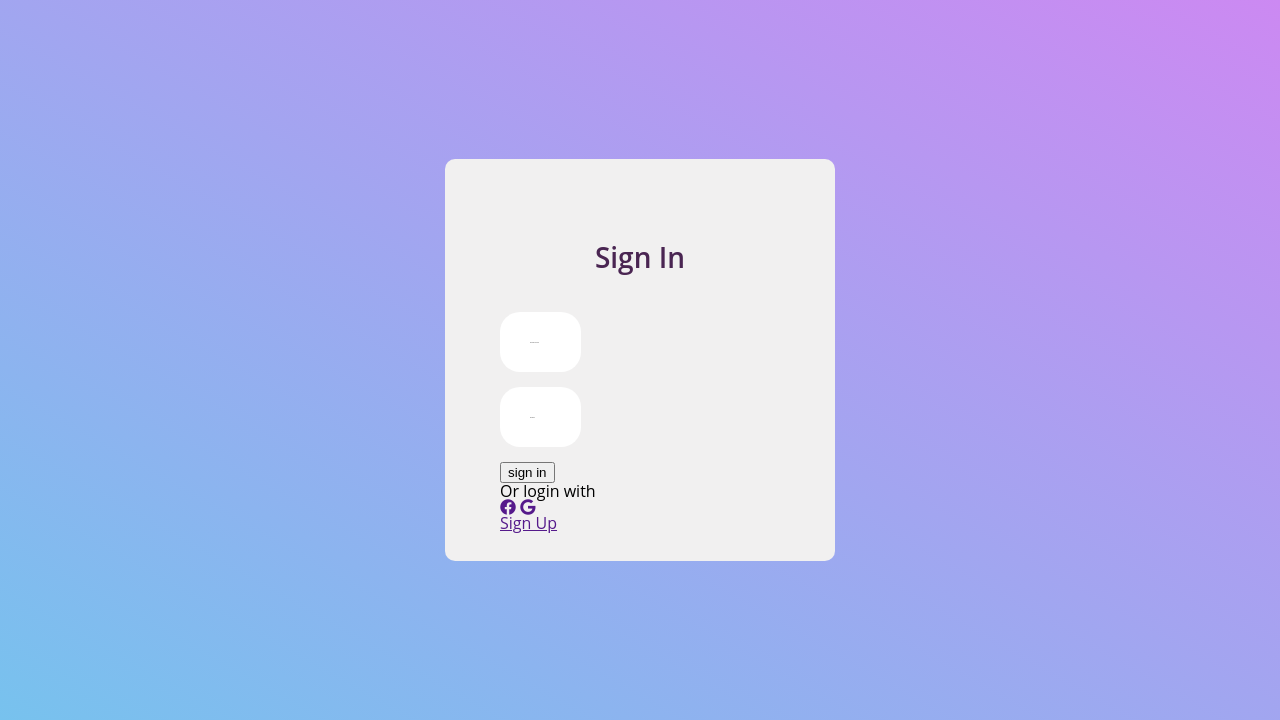
Repository: letrongtinh27/LapTrinhWeb
Page: signin/index.html
An editor plug-in stored every save of this project. The page is shown before and after the next save, followed by the edit.
The browser window is 1280 px wide. The pictures show the whole page.

Above is the page before, as saved 2022-10-09 20:55:00.

After the next save:
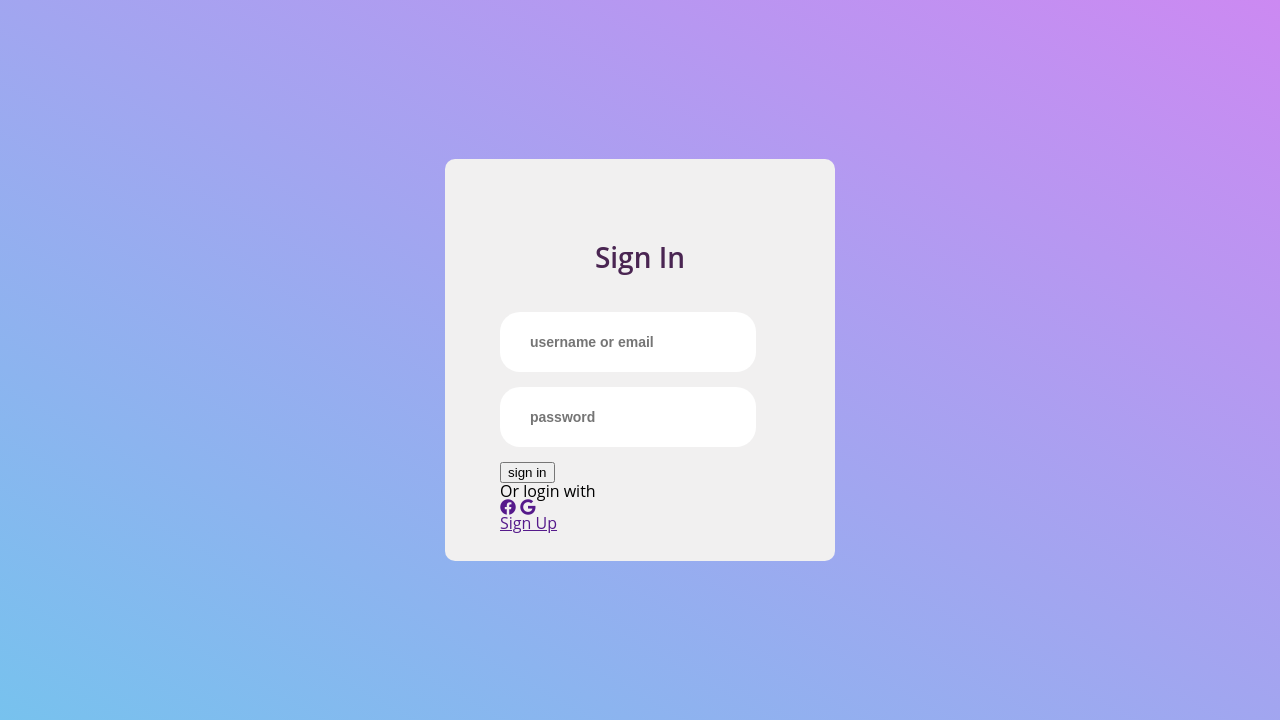
Saved 6 s later.
--- a/signin/style.css
+++ b/signin/style.css
@@ -46,7 +46,7 @@ body {
     border: 0;
     color: #4a2552 !important;
     font-weight: 700;
-    font-size: 1px;
+    font-size: 14px;
     height: 60px;
 }
 
